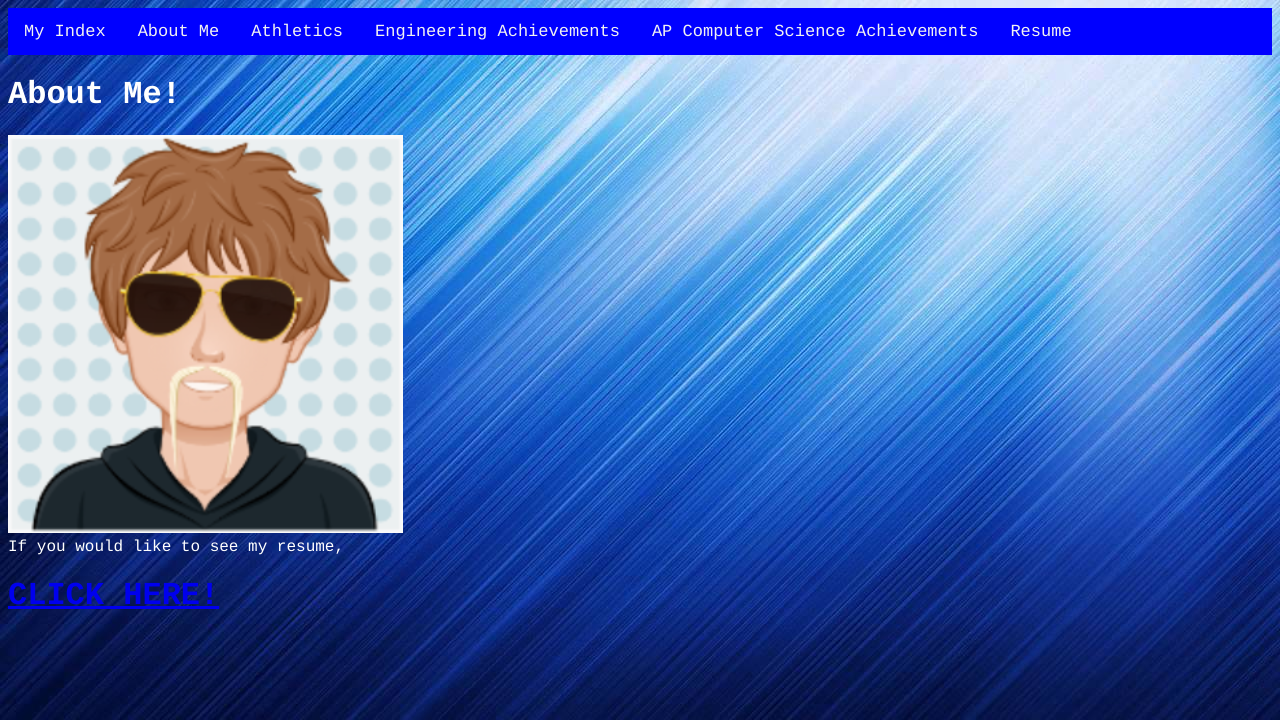
Repository: jacobsirois/jacobsirois.github.io
Page: aboutme.html
The author's editor kept a record of every edit. The page is drawn from the files as they stood at one moment, then again after the next edit.
The browser window is 1280 px wide. The pictures show the whole page.
Backgrounds fixed to the window are drawn as part of the page.

Above is the page before.
Not found: index.css

After the next edit:
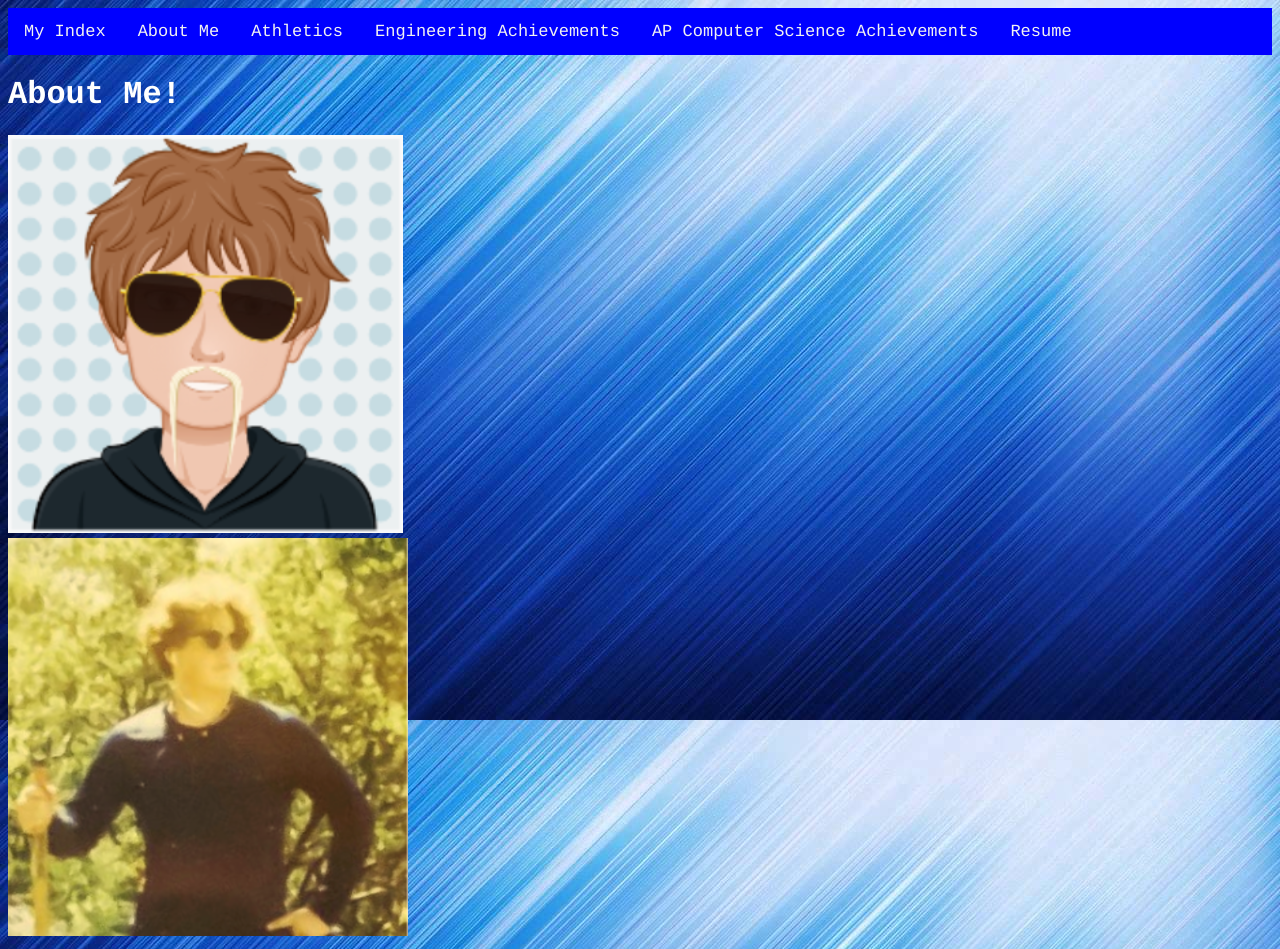
The edit:
--- a/aboutme.html
+++ b/aboutme.html
@@ -107,7 +107,6 @@
 <h1 style="color:White;">About Me!</h1>
 <img src="images/avatar.jpg" alt="my avatar">
 <br>
-<p1 style="color:White;">If you would like to see my resume,</p>
-<a href="https://docs.google.com/document/d/1-AdmVu0SB5snxsAU3fiWYV94WNg3X-d_nUklR3OvtXk/edit?usp=sharing" target="_blank"><h1 style="color:White;">CLICK HERE!</a></h1>
-</body>
+<img src="images/me pic.PNG" alt="me">
+
 </html>
